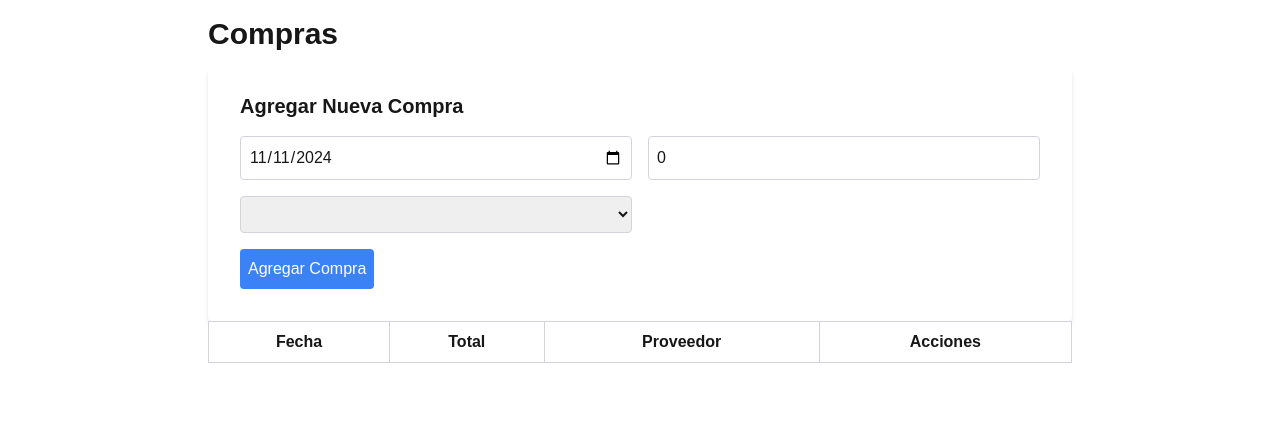
Repository: manucavallera/Sistema-Gestion
Page: /compras
These files come from the project's save history. The page is drawn as it stood at one moment and after the next save; the edit follows.
The browser window is 1280 px wide. The pictures show the whole page.
The page's requests for data from a server got no answer. The project was rebuilt for these pictures with package versions that can differ from the ones it lists, and the page was loaded fresh each time. The framework's server and built-in components were replaced by stand-ins that run in the browser. No one was signed in, and anything a server would have sent is missing. Also part of the build but not shown: next.config.mjs.

Above is the page before, as saved 2024-11-12 21:13:25.

### src/app/compras/page.tsx
"use client";
import { useEffect, useState } from "react";

interface Proveedor {
  id: number;
  razonSocial: string;
}

interface Compra {
  id: number;
  fecha: string;
  total: number;
  proveedorId: number;
  proveedor: Proveedor | null; // Proveedor puede ser nulo
}

const ComprasPage = () => {
  const [compras, setCompras] = useState<Compra[]>([]);
  const [proveedores, setProveedores] = useState<Proveedor[]>([]);
  const [nuevaCompra, setNuevaCompra] = useState<Compra>({
    id: 0,
    fecha: new Date().toISOString().split("T")[0],
    total: 0,
    proveedorId: 0,
    proveedor: null, // Inicializa como nulo
  });
  const [isEditing, setIsEditing] = useState(false);

  useEffect(() => {
    const fetchCompras = async () => {
      const response = await fetch("/api/compras");
      const data = await response.json();
      setCompras(data);
    };

    const fetchProveedores = async () => {
      const response = await fetch("/api/proveedores");
      const data = await response.json();
      setProveedores(data);
    };

    fetchCompras();
    fetchProveedores();
  }, []);

  const handleChange = (
    e: React.ChangeEvent<HTMLInputElement | HTMLSelectElement>
  ) => {
    const { name, value } = e.target;

    if (name === "proveedorId") {
      const selectedProveedor = proveedores.find(
        (prov) => prov.id === Number(value)
      );
      setNuevaCompra((prev) => ({
        ...prev,
        proveedorId: Number(value),
        proveedor: selectedProveedor || null, // Manejo de caso donde no se encuentra el proveedor
      }));
    } else {
      setNuevaCompra((prev) => ({ ...prev, [name]: value }));
    }
  };

  const handleSubmit = async (e: React.FormEvent) => {
    e.preventDefault();
    const method = isEditing ? "PUT" : "POST";
    const url = isEditing ? `/api/compras/${nuevaCompra.id}` : "/api/compras";

    // Verifica que el proveedorId sea válido
    if (nuevaCompra.proveedorId <= 0) {
      alert("Por favor, selecciona un proveedor válido.");
      return;
    }

    try {
      const response = await fetch(url, {
        method,
        headers: {
          "Content-Type": "application/json",
        },
        body: JSON.stringify(nuevaCompra),
      });

      if (!response.ok) {
        const errorData = await response.json();
        throw new Error(`Error: ${errorData.message || "Error desconocido"}`);
      }

      const compraCreada = await response.json();
      if (isEditing) {
        setCompras((prev) =>
          prev.map((compra) =>
            compra.id === compraCreada.id ? compraCreada : compra
          )
        );
      } else {
        setCompras((prev) => [...prev, compraCreada]);
      }
      resetForm();
    } catch (error) {
      console.error("Error al guardar la compra:", error);
      alert(error.message); // Muestra el mensaje de error al usuario
    }
  };

  const resetForm = () => {
    setNuevaCompra({
      id: 0,
      fecha: new Date().toISOString().split("T")[0],
      total: 0,
      proveedorId: 0,
      proveedor: null, // Reinicia el proveedor
    });
    setIsEditing(false);
  };

  const handleEdit = (compra: Compra) => {
    setNuevaCompra(compra);
    setIsEditing(true);
  };

  const handleDelete = async (id: number) => {
    const response = await fetch(`/api/compras/${id}`, {
      method: "DELETE",
    });

    if (response.ok) {
      setCompras((prev) => prev.filter((compra) => compra.id !== id));
    } else {
      console.error("Error al eliminar la compra");
    }
  };

  return (
    <div className='max-w-4xl mx-auto p-4'>
      <h1 className='text-3xl font-bold mb-4'>Compras</h1>
      <form
        onSubmit={handleSubmit}
        className='mb -6 bg-white shadow-md rounded px-8 pt-6 pb-8'
      >
        <h2 className='text-xl font-semibold mb-4'>
          {isEditing ? "Editar Compra" : "Agregar Nueva Compra"}
        </h2>
        <div className='grid grid-cols-1 md:grid-cols-2 gap-4'>
          <input
            type='date'
            name='fecha'
            value={nuevaCompra.fecha}
            onChange={handleChange}
            required
            className='border border-gray-300 rounded p-2'
          />
          <input
            type='number'
            name='total'
            placeholder='Total'
            value={nuevaCompra.total}
            onChange={handleChange}
            required
            className='border border-gray-300 rounded p-2'
          />
          <select
            name='proveedorId'
            value={nuevaCompra.proveedorId}
            onChange={handleChange}
            required
            className='border border-gray-300 rounded p-2'
          >
            <option value='' disabled>
              Seleccionar proveedor
            </option>
            {proveedores.map((proveedor) => (
              <option key={proveedor.id} value={proveedor.id}>
                {proveedor.razonSocial}
              </option>
            ))}
          </select>
        </div>
        <button
          type='submit'
          className='mt-4 bg-blue-500 text-white rounded p-2'
        >
          {isEditing ? "Actualizar Compra" : "Agregar Compra"}
        </button>
      </form>
      <table className='min-w-full bg-white border border-gray-300'>
        <thead>
          <tr>
            <th className='border border-gray-300 p-2'>Fecha</th>
            <th className='border border-gray-300 p-2'>Total</th>
            <th className='border border-gray-300 p-2'>Proveedor</th>
            <th className='border border-gray-300 p-2'>Acciones</th>
          </tr>
        </thead>
        <tbody>
          {compras.map((compra) => (
            <tr key={compra.id}>
              <td className='border border-gray-300 p-2'>
                {new Date(compra.fecha).toLocaleDateString()}
              </td>
              <td className='border border-gray-300 p-2'>{compra.total}</td>
              <td className='border border-gray-300 p-2'>
                {compra.proveedor
                  ? compra.proveedor.razonSocial
                  : "Proveedor no disponible"}
              </td>
              <td className='border border-gray-300 p-2'>
                <button
                  onClick={() => handleEdit(compra)}
                  className='text-blue-500'
                >
                  Editar
                </button>
                <button
                  onClick={() => handleDelete(compra.id)}
                  className='text-red-500 ml-2'
                >
                  Eliminar
                </button>
              </td>
            </tr>
          ))}
        </tbody>
      </table>
    </div>
  );
};

export default ComprasPage;

Loaded but not shown: src/app/layout.tsx (common file); src/app/globals.css (common file); tailwind.config.ts (common file)

After the next save:
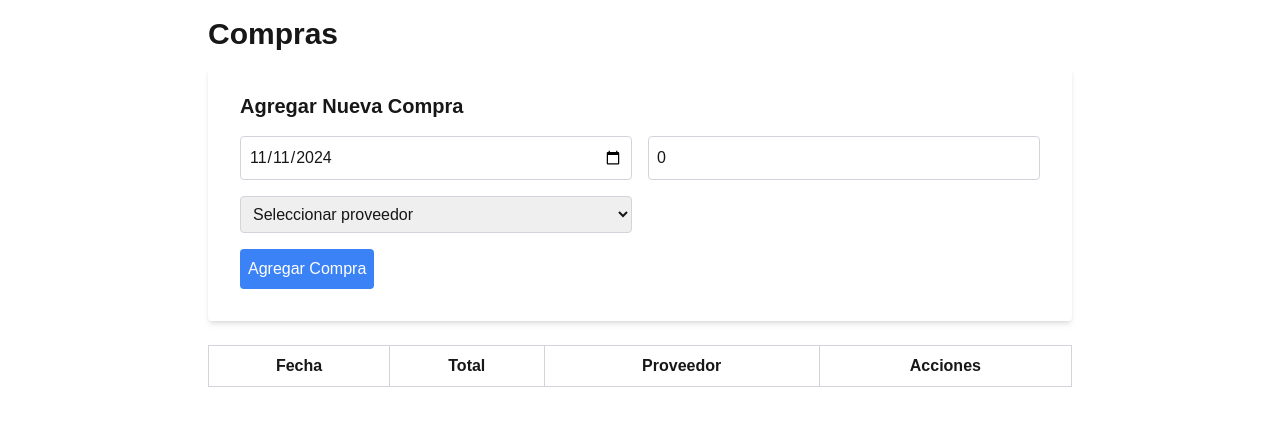
Saved 86 s later.
--- a/src/app/compras/page.tsx
+++ b/src/app/compras/page.tsx
@@ -48,18 +48,8 @@ const ComprasPage = () => {
   ) => {
     const { name, value } = e.target;
 
-    if (name === "proveedorId") {
-      const selectedProveedor = proveedores.find(
-        (prov) => prov.id === Number(value)
-      );
-      setNuevaCompra((prev) => ({
-        ...prev,
-        proveedorId: Number(value),
-        proveedor: selectedProveedor || null, // Manejo de caso donde no se encuentra el proveedor
-      }));
-    } else {
-      setNuevaCompra((prev) => ({ ...prev, [name]: value }));
-    }
+    // Manejo de cambios en el formulario
+    setNuevaCompra((prev) => ({ ...prev, [name]: value }));
   };
 
   const handleSubmit = async (e: React.FormEvent) => {
@@ -67,11 +57,17 @@ const ComprasPage = () => {
     const method = isEditing ? "PUT" : "POST";
     const url = isEditing ? `/api/compras/${nuevaCompra.id}` : "/api/compras";
 
-    // Verifica que el proveedorId sea válido
-    if (nuevaCompra.proveedorId <= 0) {
+    // Verifica que la razón social sea válida
+    if (!nuevaCompra.proveedor.razonSocial) {
       alert("Por favor, selecciona un proveedor válido.");
       return;
     }
+
+    const compraData = {
+      fecha: nuevaCompra.fecha,
+      total: nuevaCompra.total,
+      razonSocial: nuevaCompra.proveedor.razonSocial, // Envía la razón social
+    };
 
     try {
       const response = await fetch(url, {
@@ -79,7 +75,7 @@ const ComprasPage = () => {
         headers: {
           "Content-Type": "application/json",
         },
-        body: JSON.stringify(nuevaCompra),
+        body: JSON.stringify(compraData),
       });
 
       if (!response.ok) {
@@ -137,7 +133,7 @@ const ComprasPage = () => {
       <h1 className='text-3xl font-bold mb-4'>Compras</h1>
       <form
         onSubmit={handleSubmit}
-        className='mb -6 bg-white shadow-md rounded px-8 pt-6 pb-8'
+        className='mb-6 bg-white shadow-md rounded px-8 pt-6 pb-8'
       >
         <h2 className='text-xl font-semibold mb-4'>
           {isEditing ? "Editar Compra" : "Agregar Nueva Compra"}
@@ -162,7 +158,7 @@ const ComprasPage = () => {
           />
           <select
             name='proveedorId'
-            value={nuevaCompra.proveedorId}
+            value={nuevaCompra.proveedor?.id || ""}
             onChange={handleChange}
             required
             className='border border-gray-300 rounded p-2'
